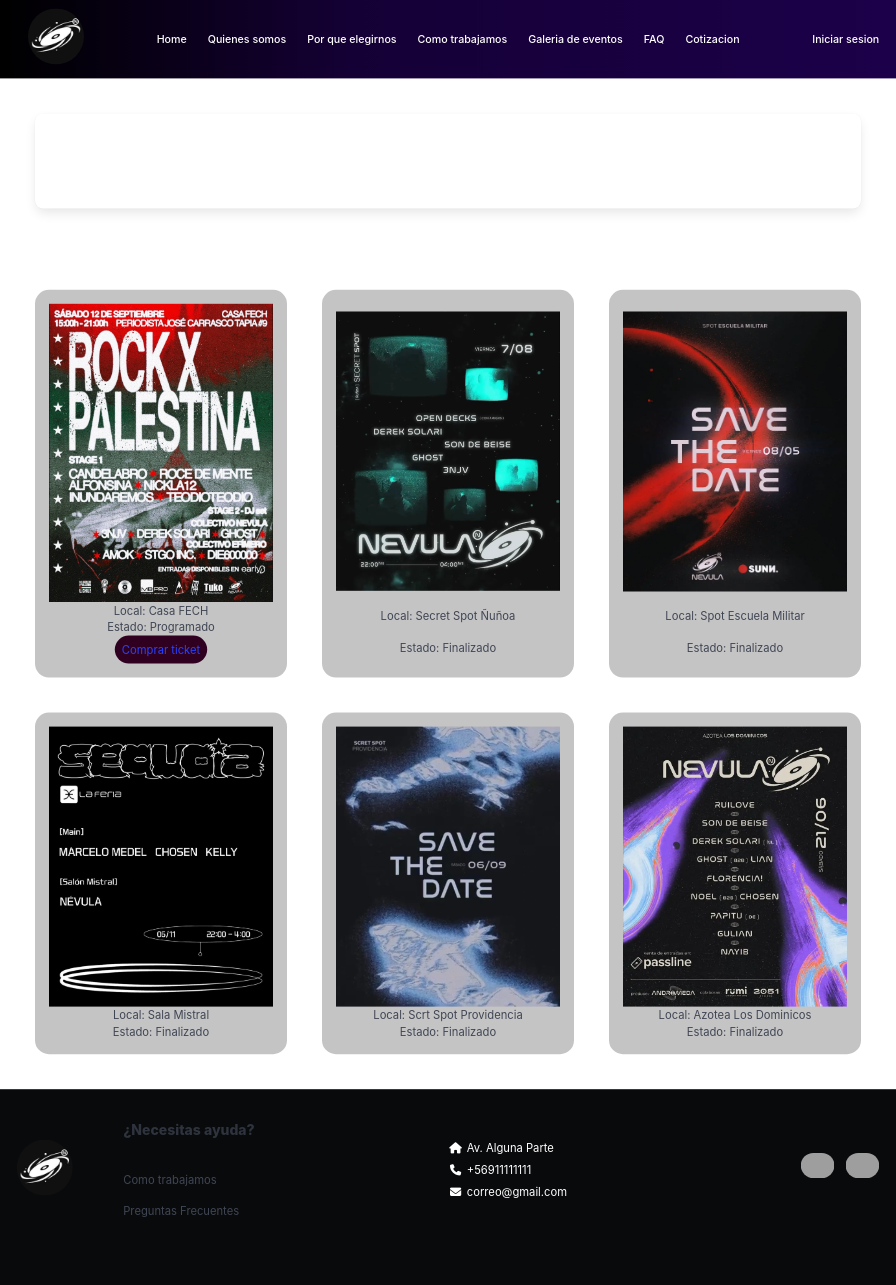
Repository: ChrisMalhue/PaginaNebula
Page: pages/eventos.html
The author's editor kept a copy of each file at every save. The page is drawn from the files as they stood at one save, then again after the next save.
The browser window is 1280 px wide. The pictures show the whole page, at 70% of full size.
Pictures or frames that could not be fetched are drawn as grey boxes.

Above is the page before, as saved 2026-09-09 22:01:32.

### pages/eventos.html
<!DOCTYPE html>
<html lang="es">
<head>
    <meta charset="UTF-8">
    <meta name="viewport" content="width=device-width, initial-scale=1.0">
    <title>Eventos</title>
    <link rel="stylesheet" href="../styles/style.css">
    <link rel="stylesheet" href="https://cdn.jsdelivr.net/npm/bulma@1.0.4/css/bulma.min.css">
    <link rel="stylesheet" href="https://cdnjs.cloudflare.com/ajax/libs/font-awesome/6.5.1/css/all.min.css">
</head>
<body>
    <header id ="header"></header>

    <section id="trabajamos">

        <div class="trabajamos-item box mb-4">
                <p class="trabajamos-respuesta has-text-white">
                    En Nevula no improvisamos el viaje: cada evento parte con una órbita clara. Escuchamos tu idea, entendemos la energía que buscas y armamos el set pensando en tu público, no en una fórmula genérica. Llegamos con anticipación, probamos cada equipo y nos aseguramos de que todo esté listo para el despegue. Desde la primera conversación hasta el último track, trabajamos codo a codo contigo para que tu fiesta llegue nítida, potente y sin turbulencias.
                </p>
        </div>
    </section>

    <section id="fotos">
        <div>
            <img src="/images/evento6.webp" alt="Evento 6">
            <p>Local: Casa FECH</p>
            <p>Estado: Programado</p>
            <a href="https://pro.byearly.com/"><button>Comprar ticket</button></a>
        </div>

        <div>
            <img src="/images/evento5.webp" alt="Evento 5">
            <p>Local: Secret Spot Ñuñoa</p>
            <p>Estado: Finalizado</p>
        </div>

        <div>
            <img src="/images/evento4.webp" alt="Evento 4">
            <p>Local: Spot Escuela Militar</p>
            <p>Estado: Finalizado</p>
        </div>

        <div>
            <img src="/images/evento3.webp" alt="Evento 3">
            <p>Local: Sala Mistral</p>
            <p>Estado: Finalizado</p>
        </div>

        <div>
            <img src="/images/evento2.webp" alt="Evento 2">
            <p>Local: Scrt Spot Providencia</p>
            <p>Estado: Finalizado</p>
        </div>

        <div>
            <img src="/images/evento1.webp" alt="Evento 1">
            <p>Local: Azotea Los Dominicos</p>
            <p>Estado: Finalizado</p>
        </div>
    </section>

        <section class="agregar box mt-4" id="agregar-evento">
        <div class="contenedor-agregar">

            <div class="campos-inputs">
                <div class="field">
                    <label class="label">Local del evento</label>
                    <div class="control">
                        <input class="input" type="text" id="local_evento" placeholder="Escribe aquí">
                    </div>
                </div>

                <div class="field">
                    <label class="label">Estado</label>
                    <div class="control">
                        <div class="select">
                            <select id="estado_evento">
                                <option value="Programado">Programado</option>
                                <option value="Finalizado">Finalizado</option>
                            </select>
                        </div>
                    </div>
                </div>

                <div class="field">
                    <label class="label">Imagen del evento</label>
                    <div class="control">
                        <input class="input" type="text" id="imagen_evento" placeholder="Pega el link aquí">
                    </div>
                </div>

                <div class="field">
                    <label class="label">Link para comprar entradas</label>
                    <div class="control">
                        <input class="input" type="text" id="link_evento" placeholder="Solo si está Programado">
                    </div>
                </div>
            </div>

            <div class="boton-contenedor">
                <button type="button" class="button is-primary" onclick="agregarEvento()">Agregar Evento</button>
            </div>

        </div>
    </section>
    <footer id="footer-container"></footer>
</body>
<script src="../scripts/script.js"></script>
</html>

### styles/style.css
@import "https://cdn.jsdelivr.net/npm/bulma@1.0.4/css/bulma.min.css";

.custom-navbar {
  /* Lienas encargadas del degradado */
  background: linear-gradient(to right, #000000 0%, #150036 40%, #1c004a 100%) !important;
  width: 100%;
  padding-right: 1.5rem;;
}

header{
  position: sticky;
  top: 0;
  z-index: 100; /* Esto es para que el header siempre quede al frente y no se bugee la pag al scrollear hacia abajo */
}

/* Forzar que las columnas de nebula ocupen todo el ancho */
.custom-navbar .container.columns {
  display: flex !important;
  width: 100%;
  max-width: 100% !important;   /* Esta linea salvo la pagina, estaba mal el header y con esto se centro bien*/
}

/* Seccion del logo a continuacion */

.logo-seccion {
  flex-shrink: 0; /* El shrink hace que el logo no se achique */
  margin-left: 40px;
}

.logo-texto {
  color: #ffffff !important;
  font-size: 1.3rem;
  font-weight: bold;
  display: flex;
  align-items: center;
  gap: 10px;
}

.andlogo{
  width: 80px;
  border-radius: 500px;
}

.menu-seccion {
  display: flex !important;
  justify-content: center !important;
  align-items: center !important;
  flex-grow: 1; /* Esto hace que ocupe todo el espacio entre los links */
  gap: 30px;    /* esto es para el espacio horizontal */
}

.nav-link {
  color: #ffffff !important;
  text-decoration: none;
  font-size: 0.95rem;
  font-weight: 500;
  padding: 5px 0;
  transition: color 0.3s ease;
  white-space: nowrap; /* esto evita que lo largo se separe en 2 lineas */
}

/* Body comienza aqui abajo*/

/* Contenedor, video y texto*/

/* Contenedor: centrado vertical en vez de flex-start, se ve más equilibrado */
.contenedor{
  display: flex;
  align-items: center;
  min-height: 800px;
  gap: 40px;
  padding-top: 60px;
  padding-bottom: 60px;
  background: linear-gradient(to bottom, #000000 0%, #1c004a 35%, #1b0036 70%, #690046 100%) !important;
}

/* Vídeo */
.video-box{
  background-size: cover;
  background-position: center;
  width: 50%;
  height: 700px;
  margin-left: 40px;
  border-radius: 90px;
}

/* Texto alineado a la izquierda, con ancho máximo para que no se disperse */
.texto-box{
  display: flex;
  align-items: flex-start;
  flex-direction: column;
  gap: 24px;
  max-width: 550px;
  padding-right: 40px;
}

/* Título Nevula */
.texto-box h1{
  color: #ffffff;
  font-weight: 700;
  font-size: clamp(2.5rem, 5vw, 4rem);
  letter-spacing: 4px;
  text-transform: uppercase;
  margin: 0;
}

/* Primer párrafo */
.texto-box p {
  color: rgba(255, 255, 255, 0.75);
  font-size: 1.05rem;
  line-height: 1.7;
  margin: 0;
}

/* Segundo párrafo */
.texto-box p:last-of-type {
  color: #ffffff;
  font-weight: 600;
  font-size: 1.15rem;
}

/* Elegirnos */
#elegirnos h2{
  text-align: center;
  margin-top: 20px;
  color: #020202;
  font-weight: 700;
  font-size: clamp(2.5rem, 5vw, 4rem);
  letter-spacing: 4px;
  text-transform: uppercase;
}

#elegirnos-grid{
  display: grid;
  flex-wrap: wrap;
  grid-template-columns: 1fr 1fr 1fr;
  column-gap: 50px;
  row-gap: 50px;
  margin: 50px;
}

#elegirnos-grid img{
  width: 130px;
}

#elegirnos-grid div{
  display: flex;
  flex-direction: column;
  justify-content: space-around;
  align-items: center;
  background-color: #3636364b;
  border-radius: 20px;
  padding: 20px;
}

/* Historial de Eventos */
#fotos{
  display: grid;
  flex-wrap: wrap;
  grid-template-columns: 1fr 1fr 1fr;
  column-gap: 50px;
  row-gap: 50px;
  margin: 50px;
}

#fotos div{
  display: flex;
  flex-direction: column;
  justify-content: space-around;
  align-items: center;
  background-color: #3636364b;
  border-radius: 20px;
  padding: 20px;
}

#fotos div:hover{
  color: white;
  background-color: #240049ab;
  transition: 0.3s;
}

#fotos div button{
  background-color: #300020;
  padding: 10px;
  border-radius: 20px;
}

#fotos div button:hover{
  background-color: #5c003d;
  transition: 0.3s;
}

.trabajamos-item{
  width: 1500px;
}

#trabajamos{
  display: flex;
  align-items: center;
  justify-content: center;
  padding: 50px;
}

/* CSS de footer */
.footer{
  padding: 40px 20px;
}

.andlogo{
  max-width: 120px;
  height: auto;
}

.gap-2{
  gap: 8px;
}

.gap-3{
  gap: 16px;
}

/* Media queries */
@media screen and (max-width: 768px) {
.footer .columns {
  flex-direction: column;
  align-items: center;
  text-align: center;
}



.footer .column {
  margin-left: 0 !important;
  margin-bottom: 1.5rem;
  width: 100%;
}



.footer .is-flex {
  justify-content: center !important;
}

}

### scripts/script.js
// Header

function inyectarHeader(){

    document.getElementById("header").innerHTML = `
    <nav class="custom-navbar py-3">
        <div class="container columns is-vcentered is-mobile m-0">

            <!-- Sección 1: Logotipo (Izquierda) -->
            <section class="column is-narrow p-0 logo-seccion">
                <h1 class="logo-texto">
                  <a href="/index.html">
                    <img class="andlogo" src="/images/logo.webp">
                  </a>
                </h1>
            </section>

            <!-- Sección 2: Enlaces (Centro) -->
            <section class="column is-flex is-justify-content-center p-0 menu-seccion">
                <a class="nav-link is-active" href="../index.html">Home</a>
                <a class="nav-link" href="../index.html#quienes">Quienes somos</a>
                <a class="nav-link" href="../index.html#elegirnos">Por que elegirnos</a>
                <a class="nav-link" href="../pages/eventos.html#trabajamos">Como trabajamos</a>
                <a class="nav-link" href="../pages/eventos.html#fotos">Galeria de eventos</a>
                <a class="nav-link" href="../pages/faqcotiza.html#faq">FAQ</a>
                <a class="nav-link" href="../pages/faqcotiza.html#cotizacion">Cotizacion</a>
            </section>

            <section class="sin_cuenta">
              <a class="nav-link" href="../pages/inicio_secion.html">Iniciar sesion</a>
            </section>

            <section class="con_cuenta">
              <button onclick="cerrarSesion()">Cerrar sesion</button>
            </section>


        </div>
    </nav>`;

    // Aqui vemos si hay alguna sesion creada para despues mosrtar el boton que toque
    const estaLogueado = localStorage.getItem("logueado") === "true";
    const sinCuenta = document.querySelector(".sin_cuenta");
    const conCuenta = document.querySelector(".con_cuenta");

    if (estaLogueado) {
        sinCuenta.style.display = "none";
        conCuenta.style.display = "flex";
    } else {
        sinCuenta.style.display = "flex";
        conCuenta.style.display = "none";
    }

}

// Funciones medias

function recibirDatos(event) {
    event.preventDefault(); // Evita que la página se recargue y se pierda la información

    // Muestra el cuadro nativo con tu mensaje personalizado
    alert("Recibimos tu solicitud, te contactaremos en breve.");

    // Deja todos los campos del formulario completamente vacíos
    event.target.reset();
}

function recibirDatosLogin(event) {
    event.preventDefault();

    const usuarioValido = "admin";
    const contrasenaValida = "1234";

    const form = event.target;
    const usuarioIngresado = document.getElementById("usuario").value;
    const contrasenaIngresada = document.getElementById("contrasena").value;

    if (usuarioIngresado === usuarioValido && contrasenaIngresada === contrasenaValida) {
        localStorage.setItem("logueado", "true");
        window.location.href = "../index.html";
    } else {
        alert("Usuario o contraseña incorrecto");
    }
}

function cerrarSesion() {
    localStorage.removeItem("logueado");
    window.location.href = "../index.html";
}

// Footer

function inyectaFooter(){

  const footerHTML = `
    <footer class="footer has-background-black has-text-white">
    <div class="columns is-vcentered is-justify-content-space-between">
      <div class="column is-narrow">
        <a href="/index.html">
          <img class="andlogo" src="/images/logo.webp">
        </a>
      </div>
      <div class="column is-narrow ml-6">
        <p class="title is-5">¿Necesitas ayuda?</p>
        <br>
        <p class="subtitle is-6"><a class="has-text-current" href="/pages/eventos.html">Como trabajamos</a></p>
        <p class="subtitle is-6"><a class="has-text-current" href="/pages/faqcotiza.html">Preguntas Frecuentes</a></p>
      </div>

      <div class="column is-flex is-justify-content-flex-end">
        <div class="is-flex is-flex-direction-column gap-2">
          <span class="icon-text">
            <span class="icon"><i class="fa-solid fa-house"></i></span>
            <span>Av. Alguna Parte</span>
          </span>
          <span class="icon-text">
            <span class="icon"><i class="fa-solid fa-phone"></i></span>
            <span>+56911111111</span>
          </span>
          <span class="icon-text">
            <span class="icon"><i class="fa-solid fa-envelope"></i></span>
            <span>correo@gmail.com</span>
          </span>
        </div>
      </div>
      <div class="column is-flex is-justify-content-flex-end">
        <div class="is-flex is-flex-direction-row is-align-items-center gap-3">
          <a href="https://www.instagram.com/nevula.scl/" target="_blank">
            <figure class="image is-48x48">
              <img class="is-rounded" src="https://encrypted-tbn0.gstatic.com/images?q=tbn:ANd9GcR8HUwsS-_LkMQoYL66F7AUH5X4HwhDjzCNMg-_jlvPxQ&s=10" />
            </figure>
          </a>
          <a href="https://www.youtube.com/channel/UCa-jOKgfq2FLccvHXteRdpQ" target="_blank">
            <figure class="image is-48x48">
              <img class="is-rounded" src="https://www.icosix.com/uploads/icons/2025/09/youtube.png" />
            </figure>
          </a>
        </div>
      </div>
    </div>
  </footer>`;

  const container = document.getElementById('footer-container');
  if (container) {
    container.innerHTML = footerHTML;
  }
}

// Funcion de eventos

function agregarEvento() {

    const local = document.getElementById("local_evento").value;
    const estado = document.getElementById("estado_evento").value;
    const imagen = document.getElementById("imagen_evento").value;
    const link = document.getElementById("link_evento").value;

    // Validacion de campos vacios
    if (!local || !imagen) {
        alert("Por favor completa el local y la imagen del evento.");
        return;
    }

    if (estado === "Programado" && !link) {
        alert("Los eventos Programados necesitan un link para comprar entradas.");
        return;
    }

    const contenedorFotos = document.getElementById("fotos");

    // Parecido al trabajo de cartas, se crea el contenedor
    const nuevoEvento = document.createElement("div");

    // el boton de comrpa se muestra solo si el estado agregado es programado
    const botonHTML = estado === "Programado"
        ? `<a href="${link}" target="_blank"><button>Comprar ticket</button></a>`
        : "";

    nuevoEvento.innerHTML = `
        <img src="${imagen}" alt="${local}">
        <p>Local: ${local}</p>
        <p>Estado: ${estado}</p>
        ${botonHTML}
    `;

    contenedorFotos.prepend(nuevoEvento);

    // Limpiamos el formulario
    document.getElementById("local_evento").value = "";
    document.getElementById("imagen_evento").value = "";
    document.getElementById("link_evento").value = "";
}

function controlarVistaAdmin() {
    const estaLogueado = localStorage.getItem("logueado") === "true";
    const seccionAgregar = document.getElementById("agregar-evento");

    if (seccionAgregar) {
        seccionAgregar.style.display = estaLogueado ? "block" : "none";
    }
}

inyectaFooter();
inyectarHeader();
controlarVistaAdmin();

After the next save:
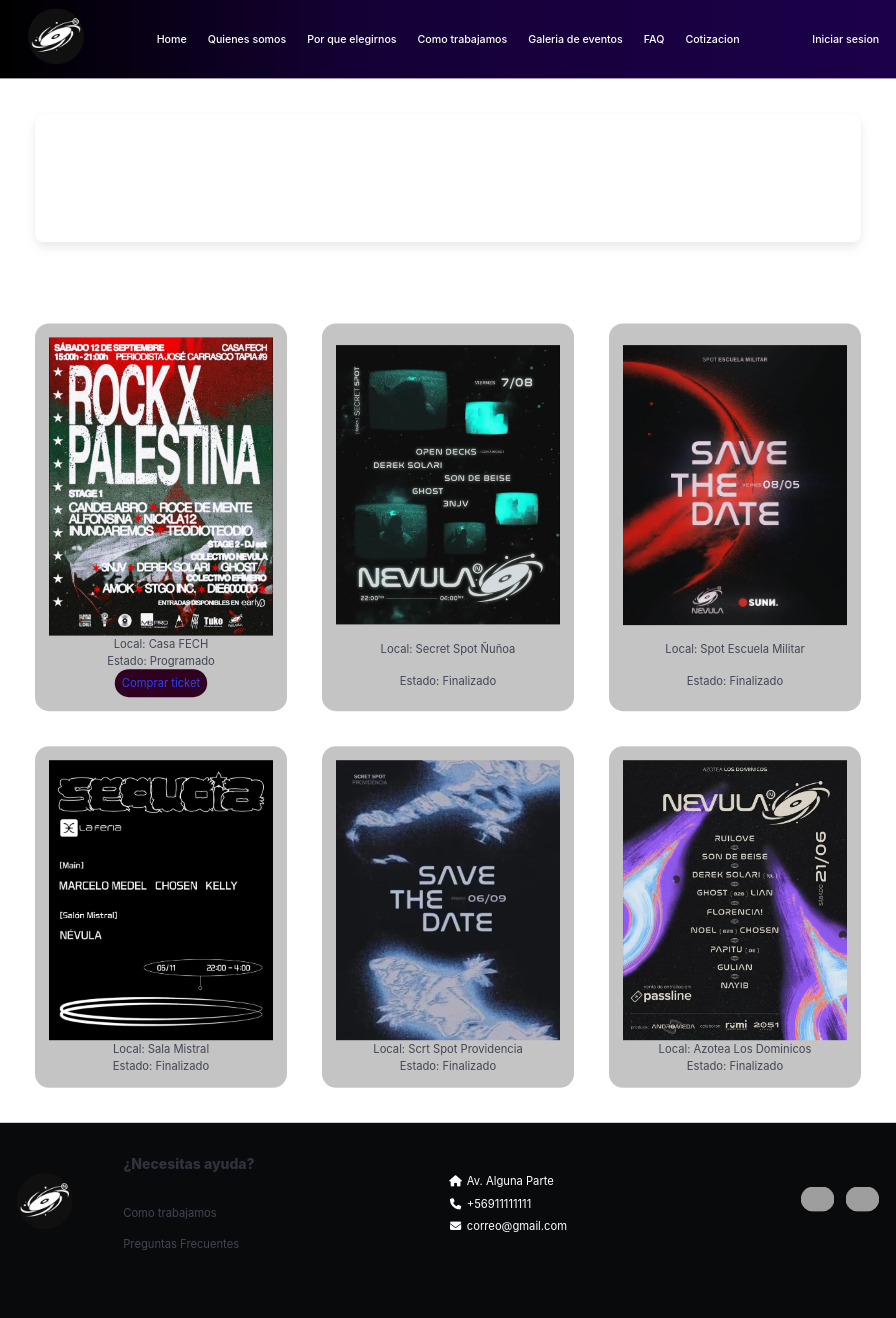
Saved 2 min 31 s later.
--- a/pages/eventos.html
+++ b/pages/eventos.html
@@ -16,6 +16,12 @@
         <div class="trabajamos-item box mb-4">
                 <p class="trabajamos-respuesta has-text-white">
                     En Nevula no improvisamos el viaje: cada evento parte con una órbita clara. Escuchamos tu idea, entendemos la energía que buscas y armamos el set pensando en tu público, no en una fórmula genérica. Llegamos con anticipación, probamos cada equipo y nos aseguramos de que todo esté listo para el despegue. Desde la primera conversación hasta el último track, trabajamos codo a codo contigo para que tu fiesta llegue nítida, potente y sin turbulencias.
+                    Nuestro proceso es simple y directo:
+
+                    1) Conocemos tu evento — hablamos contigo sobre el estilo, el público y la vibra que buscas.
+                    2) Preparamos el set — seleccionamos música pensada exclusivamente para esa noche.
+                    3) Llegamos antes — instalamos y probamos el equipo con tiempo de sobra.
+                    4) Hacemos que la fiesta vuele — nos entregamos 100% para que la energía no baje hasta el final.
                 </p>
         </div>
     </section>
